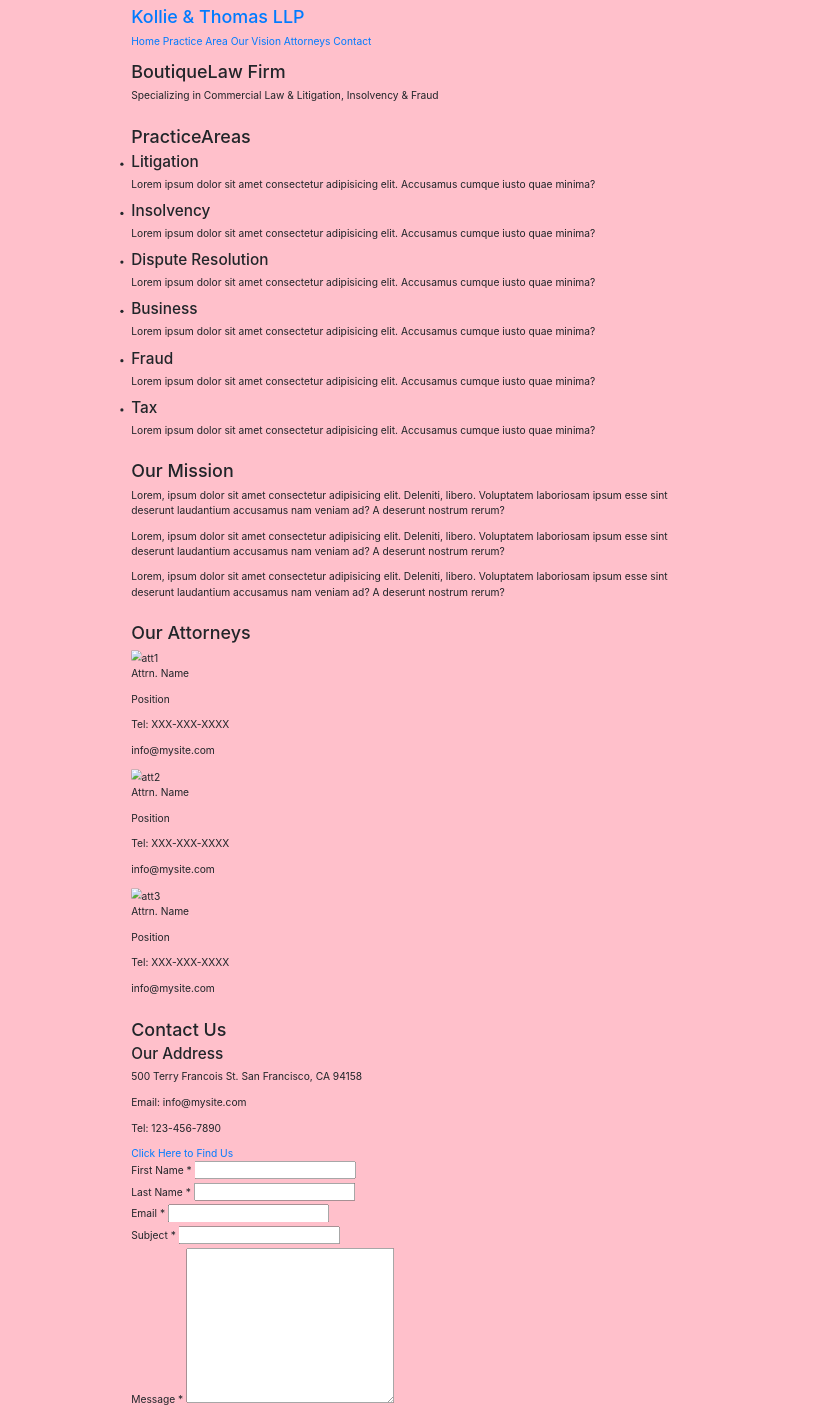
Repository: just-mann/kolllie-kolliellp
Page: index.html
The author's editor kept a copy of each file at every save. The page is drawn from the files as they stood at one save, then again after a run of saves.
The browser window is 1280 px wide. The pictures show the whole page, at 64% of full size.

Above is the page before, as saved 2021-06-01 16:25:53.

After the next 15 saves:
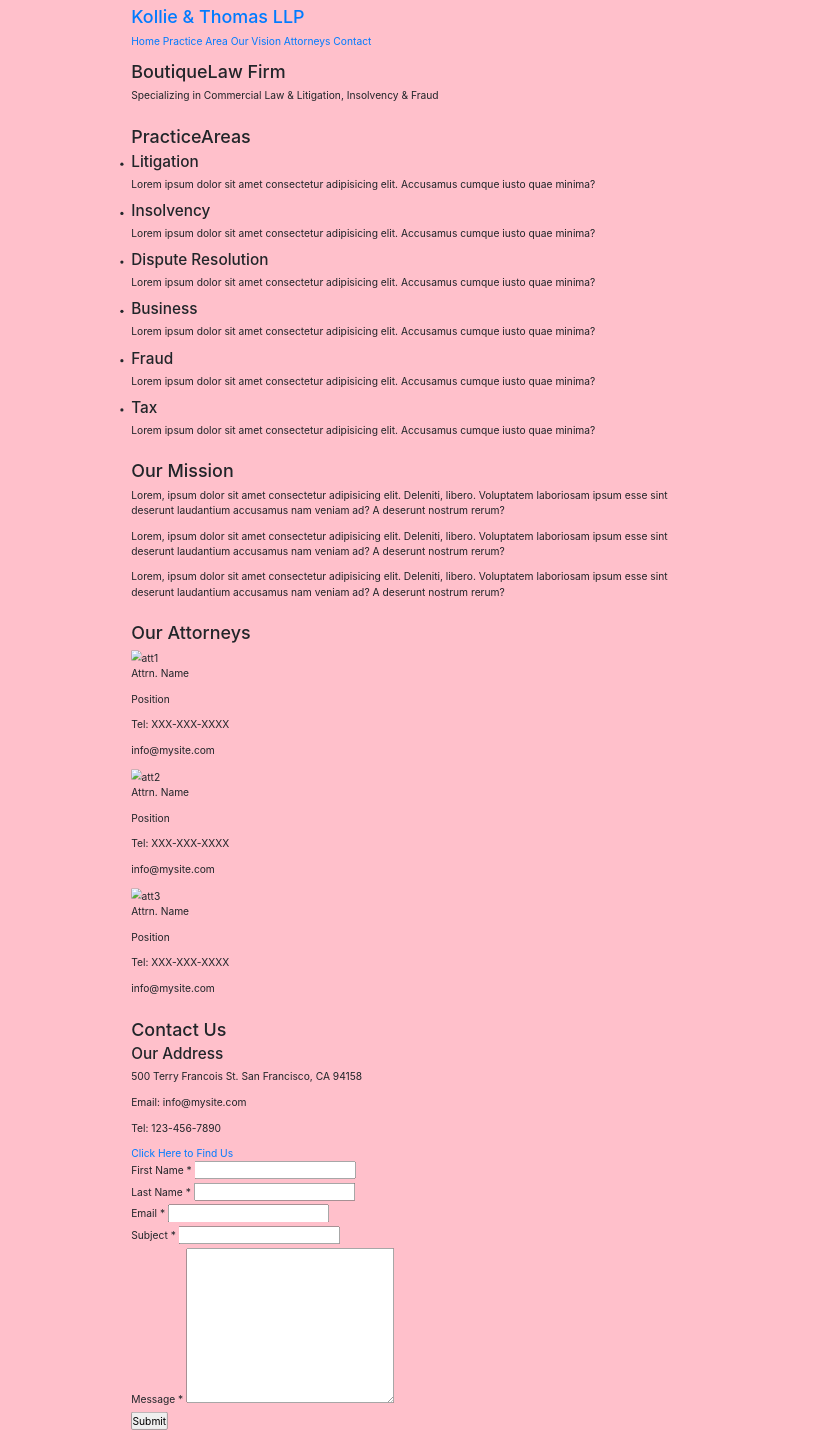
The 15 saves are shown as one change because they came seconds apart.
The last was saved 7 min 23 s later.
--- a/index.html
+++ b/index.html
@@ -158,7 +158,7 @@
                             <textarea name="message" id="message" cols="30" rows="10"></textarea>
                         </div>
                         <div>
-
+                            <input type="submit" value="Submit">
                         </div>
                     </form>
                 </div>
